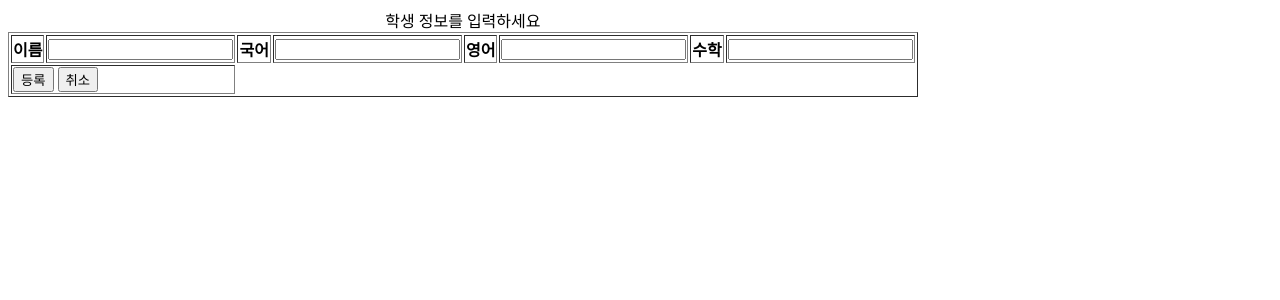
Repository: Heo-sh/Web_Development
Page: http://localhost/Ex_0417_sungjuk/sung_register.jsp
The author's editor kept a copy of each file at every save. The page is drawn from the files as they stood at one save, then again after the next save.
The browser window is 1280 px wide. The pictures show the whole page.
The page is served by Tomcat 9. Other server files are loaded and not shown.

Above is the page before, as saved 2023-04-17 07:51:48.

### Ex_0417_sungjuk/WebContent/sung_register.jsp
<%@ page language="java" contentType="text/html; charset=EUC-KR"
    pageEncoding="EUC-KR"%>
<!DOCTYPE html>
<html>
	<head>
		<meta charset="EUC-KR">
		<title>Insert title here</title>
	</head>
	<body>
		<form>
			<table border="1">
				<caption>학생 정보를 입력하세요</caption>
				<tr>
					<th>이름</th>
					<th>
						<input
							name="name"
						>
					</th>
					<th>국어</th>
					<th>
						<input
							name="kor"
						>
					</th>
					<th>영어</th>
					<th>
						<input
							name="eng"
						>
					</th>
					<th>수학</th>
					<th>
						<input
							name="mat"
						>
					</th>
				</tr>
				<tr>
					<td colspan="2">
						<input
							type="button"
							value="등록"
							onclick="send(this.form)"
						>
						<input
							type="button"
							value="취소"
							onclick="location.href='student.jsp'"
						>
					</td>
				</tr>
			</table>
		</form>
	</body>
</html>

After the next save:
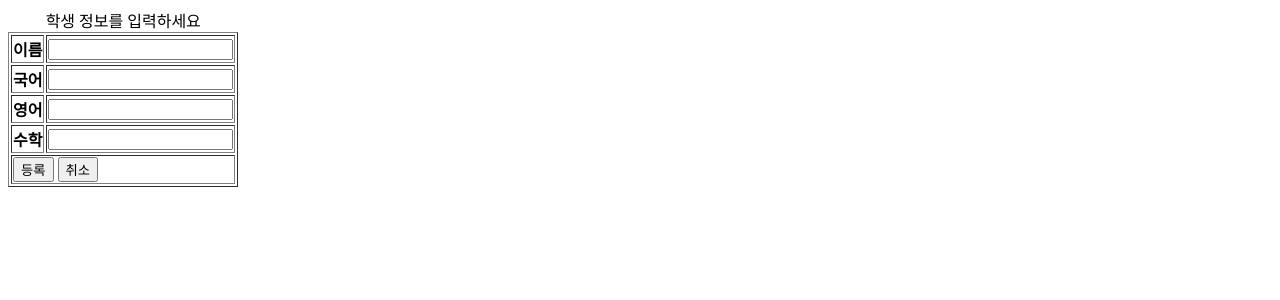
Saved 68 s later.
--- a/Ex_0417_sungjuk/WebContent/sung_register.jsp
+++ b/Ex_0417_sungjuk/WebContent/sung_register.jsp
@@ -17,18 +17,24 @@
 							name="name"
 						>
 					</th>
+				</tr>
+				<tr>
 					<th>국어</th>
 					<th>
 						<input
 							name="kor"
 						>
 					</th>
+				</tr>
+				<tr>
 					<th>영어</th>
 					<th>
 						<input
 							name="eng"
 						>
 					</th>
+				</tr>
+				<tr>
 					<th>수학</th>
 					<th>
 						<input
